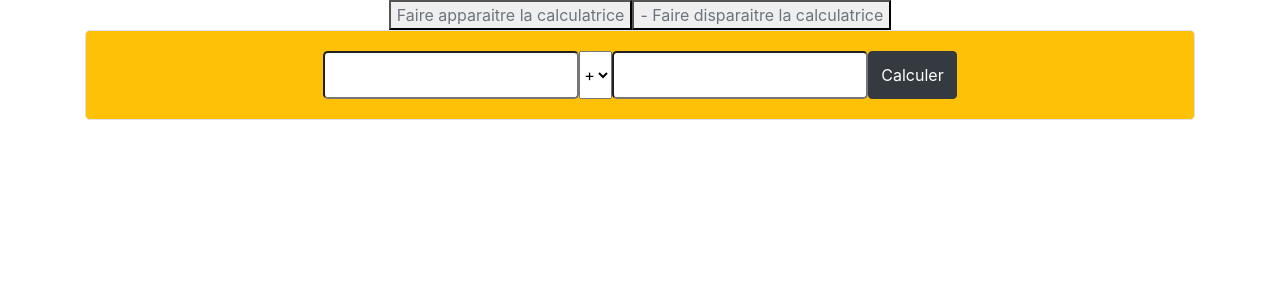
Repository: julieLyM/calculatrice
Page: calculatrice.html
These files come from the project's save history. The page is drawn as it stood at one moment and after the next save; the edit follows.
The browser window is 1280 px wide. The pictures show the whole page.

Above is the page before, as saved 2020-12-08 14:59:54.

### calculatrice.html
<!DOCTYPE html>
<html lang="fr">
  <head>
    <meta charset="UTF-8">
    <meta name="viewport" content="width=device-width, initial-scale=1.0">
		<link rel="stylesheet" href="https://cdn.jsdelivr.net/npm/bootstrap@4.5.3/dist/css/bootstrap.min.css" integrity="sha384-TX8t27EcRE3e/ihU7zmQxVncDAy5uIKz4rEkgIXeMed4M0jlfIDPvg6uqKI2xXr2" crossorigin="anonymous">

    <title>exercice calculatrice</title>
  </head>
  <body>
    <div class="container-fluid">
      <div class="container">

        <div class="row justify-content-center" style="margin: 0 auto; text-align:center">
            <button class="text-secondary" id="appear" >Faire apparaitre la calculatrice </button>
            <button class="text-secondary" id="disapear">- Faire disparaitre la calculatrice</button>
        </div>


        <div class="row justify-content-center border bg-warning w-100 rounded-lg" id="blocCal"  style="padding: 20px;margin: 0px auto; text-align:center">

          <input type="text" class="rounded-lg" value="" id="nombre1">

          <select name="calcul" id="operateur">
            <option>+</option>
            <option>-</option>
            <option>*</option>
            <option>/</option>
          </select>

          <input type="text" class="rounded-lg" value="" id="nombre2">
          <br>
          <br>
          <button type="button" class="btn btn-dark" id="calculer">Calculer</button>
          <br>

          <br>
    </div>
    <div class="row">
      <div id="message" class="w-100"></div>
    </div>
  </div>
</div>
    <!--APPEL JQUERY-->
		<script src="https://code.jquery.com/jquery-3.5.1.min.js" integrity="sha256-9/aliU8dGd2tb6OSsuzixeV4y/faTqgFtohetphbbj0=" crossorigin="anonymous"></script>
		<script src="https://cdn.jsdelivr.net/npm/bootstrap@4.5.3/dist/js/bootstrap.bundle.min.js" integrity="sha384-ho+j7jyWK8fNQe+A12Hb8AhRq26LrZ/JpcUGGOn+Y7RsweNrtN/tE3MoK7ZeZDyx" crossorigin="anonymous"></script>
    <!--NOTRE CODE JS-->
    <script src="calculatrice.js"></script>
  </body>
</html>

### calculatrice.js
//Etapes :
// --------
// - faire une page html
// - créer deux input type text avec deux id différent pour la saisie des valeurs
// - créer un select avec un id pour proposer les différents opérateurs. (+-*/    ** %)
// - créer un bouton avec un id pour lancer le calcul (button, span)

// Avec js :
// ---------
// - lors du click  sur le bouton (evenement) :
// - récupérer les deux saisies des champs text et l'opérateur selectionné

// - il peut être important de passer les saisies dans un parseFloat() pour les transformer en type number
// - declencher le calcul des saisies selon  l'opérateur avec un if qui va tester l'opérateur pour déclencher l'opération.
// - afficher l'opération avec le résultat.

// Pour aller plus loin :
// ----------------------
// - essayer de donner la possibilité de faire apparaitre ou disparaitre la calculatrice

$(document).ready(function () {
  $('#appear').on('click', function () {
    console.log('click');
    $('#blocCal').slideDown(1000);
  });

  // Cacher la  calculatrice :
  $('#disapear').on('click', function () {
    $('#blocCal').slideUp(1000);
  });

  $('#calculer').on('click', function () {
    var value1 = $('#nombre1').val();
    var signe = $('#operateur').val();
    var value2 = $('#nombre2').val();

    value1 = parseFloat(value1);
    value2 = parseFloat(value2);
    var resultat = '';

    if (signe == '+') {
      resultat = alert(value1 + signe + value2 + ' = ' + (value1 + value2));
    } else if (signe == '-') {
      resultat = alert(value1 + signe + value2 + ' = ' + (value1 - value2));
    } else if (signe == '*') {
      resultat = alert(value1 + signe + value2 + ' = ' + value1 * value2);
    } else if (signe == '/') {
      resultat = alert(value1 + signe + value2 + ' = ' + value1 / value2);
    }
  });

  $('#nombre1', '#nombre2').on('mouseover', function () {
    $('#message').html(
      `<div style="background-color: pink;color: white; padding:20px">Saisir un chiffre</div>`
    );
  });
  $('#nombre1', '#nombre2').on('mouseout', function () {
    $('#message').html('');
  });

  $('#operateur').on('mouseover', function () {
    $('#message').html(
      `<div style="background-color: pink;color: white; padding:20px">Saisir un opérateur + - / *</div>`
    );
  });
  $('#operateur').on('mouseout', function () {
    $('#message').html('');
  });
});

After the next save:
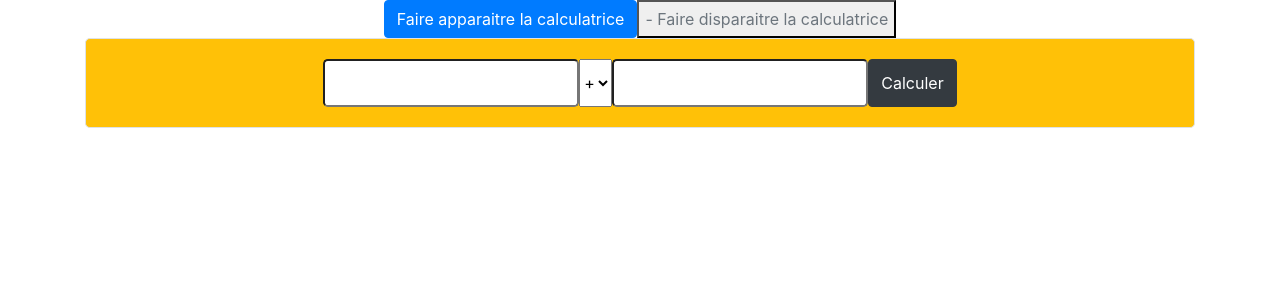
Saved 36 s later.
--- a/calculatrice.html
+++ b/calculatrice.html
@@ -12,7 +12,7 @@
       <div class="container">
 
         <div class="row justify-content-center" style="margin: 0 auto; text-align:center">
-            <button class="text-secondary" id="appear" >Faire apparaitre la calculatrice </button>
+            <button class="btn btn-primary" id="appear" >Faire apparaitre la calculatrice </button>
             <button class="text-secondary" id="disapear">- Faire disparaitre la calculatrice</button>
         </div>
 
